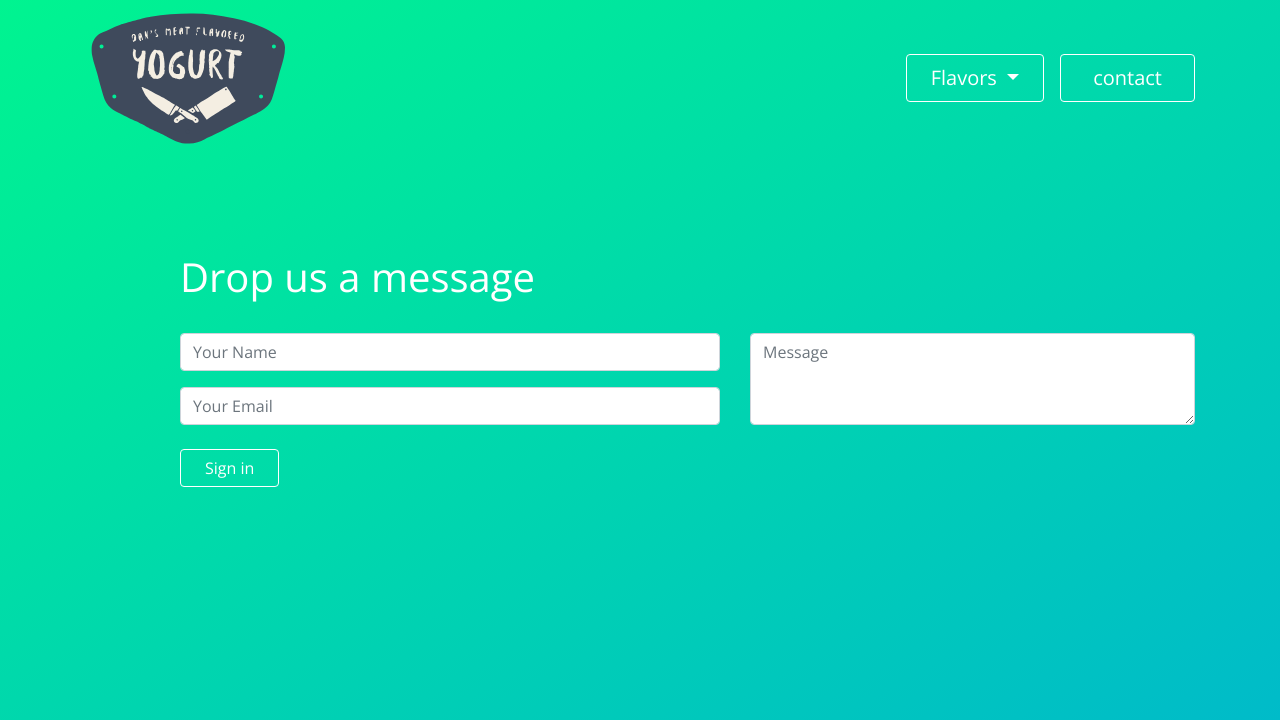
Repository: hoangnam180/Huyen
Page: Form.html
The author's editor kept a copy of each file at every save. The page is drawn from the files as they stood at one save, then again after the next save.
The browser window is 1280 px wide. The pictures show the whole page.

Above is the page before, as saved 2021-12-03 19:14:25.
Not found: space.scss

### Form.html
<!doctype html>
<html lang="en">

<head>
  <title>Title</title>
  <!-- Required meta tags -->
  <meta charset="utf-8">
  <meta name="viewport" content="width=device-width, initial-scale=1, shrink-to-fit=no">

  <!-- Bootstrap CSS -->
  <link rel="stylesheet" href="https://stackpath.bootstrapcdn.com/bootstrap/4.3.1/css/bootstrap.min.css"
    integrity="sha384-ggOyR0iXCbMQv3Xipma34MD+dH/1fQ784/j6cY/iJTQUOhcWr7x9JvoRxT2MZw1T" crossorigin="anonymous">
  <link rel="stylesheet" href="space.scss">
  <link rel="stylesheet" href="style.css">
  <link rel="preconnect" href="https://fonts.googleapis.com">
  <link rel="preconnect" href="https://fonts.gstatic.com" crossorigin>
  <link href="https://fonts.googleapis.com/css2?family=Abril+Fatface&family=Open+Sans:wght@300;400&display=swap"
    rel="stylesheet">
</head>

<body>
  <div class="container">
    <nav class="navbar navbar-expand-lg navbar-light pr-0 pl-0 ">
      <!-- logo -->
      <a class="navbar-brand " href="#"><img src="images/logo-dans-meat-yogurt.svg" width="207.49" height="130.59"
          alt="logo"></a>
      <!-- logo end -->
      <button class="navbar-toggler border border-white" type="button" data-toggle="collapse"
        data-target="#navbarNavDropdown" aria-controls="navbarNavDropdown" aria-expanded="false"
        aria-label="Toggle navigation">
        <span class="navbar-toggler-icon"></span>
      </button>
      <div class="collapse navbar-collapse" id="navbarNavDropdown">
        <!-- nav -->
        <ul class="navbar-nav ml-auto rounded ">
          <li class="nav-item dropdown border border border-white mr-2 rounded ">
            <a class="nav-link dropdown-toggle text-center text-white pr-4 pl-4" href="#" id="navbarDropdownMenuLink" role="button"
              data-toggle="dropdown" aria-expanded="false">
              Flavors
            </a>
            <div class="dropdown-menu" aria-labelledby="navbarDropdownMenuLink">
              <a class="dropdown-item" href="#">Action</a>
              <a class="dropdown-item" href="#">Another action</a>
              <a class="dropdown-item" href="#">Something else here</a>
              <a class="dropdown-item" href="#">Action</a>
            </div>
          </li>
          <li class="nav-item border border-white ml-2 px-2 rounded ">
            <a class="nav-link text-center text-white  pr-4 pl-4" href="contact.html">contact</a>
          </li>
        </ul>
      </div>
    </nav>
    <!-- end nav -->
    <div class="form">
        <div class="row ">
            <div class="col-11 offset-1 mt-5"><h1 class="text-white mt-5">Drop us a message</h1></div>
        </div>
        <div class="row mt-4">
            <div class="col-12 col-md-6 offset-1">
                <div class="row flex-column">
                    <div class="col">
                        <input type="email" class="form-control" placeholder = "Your Name">
                    </div>
                    <div class="col">
                        <input type="text" id="" class="form-control mt-3" placeholder="Your Email">
                    </div>
                </div>
            </div>
            <div class="col-12 col-md-5 ">
                <textarea style="height: 100%;" class="form-control" placeholder="Message"></textarea>
            </div>
        </div>
        <div class="row mt-4 ">
            <div class="col-6 offset-1">
                <button type="submit" class="btn bg-transparent border border-white pr-4 pl-4 text-white">Sign in</button>
            </div>
        </div>
    </div>
  </div>

  <!-- Optional JavaScript -->
  <!-- jQuery first, then Popper.js, then Bootstrap JS -->
  <script src="https://code.jquery.com/jquery-3.3.1.slim.min.js"
    integrity="sha384-q8i/X+965DzO0rT7abK41JStQIAqVgRVzpbzo5smXKp4YfRvH+8abtTE1Pi6jizo"
    crossorigin="anonymous"></script>
  <script src="https://cdnjs.cloudflare.com/ajax/libs/popper.js/1.14.7/umd/popper.min.js"
    integrity="sha384-UO2eT0CpHqdSJQ6hJty5KVphtPhzWj9WO1clHTMGa3JDZwrnQq4sF86dIHNDz0W1"
    crossorigin="anonymous"></script>
  <script src="https://stackpath.bootstrapcdn.com/bootstrap/4.3.1/js/bootstrap.min.js"
    integrity="sha384-JjSmVgyd0p3pXB1rRibZUAYoIIy6OrQ6VrjIEaFf/nJGzIxFDsf4x0xIM+B07jRM"
    crossorigin="anonymous"></script>
</body>

</html>

### style.css
body{
    background:linear-gradient(to bottom right, #00F490, #00BBC9);
    background-attachment: fixed;
    font-size: 1.25rem;
    font-family:'Open Sans', sans-serif;
}
h5.card-title{
    color: #00F490;
}
h1.display-4{
    font-size: 4.2rem;
    text-shadow: 1px 0px 1px #000000;
    font-family: 'Abril Fatface', cursive;
}
p.lead{
    font-size: 2.25rem;
}
a.btn-outline-light{
    font-size: 1.18rem;
}
.img-top{

    border-radius: 10px 0px 0px 10px;
}
.text-top{
    border-radius: 0px 10px 10px 0px ;
}
span.next{
    margin-right: 100px;
}

.form-control:placeholder{
    color: #00F490;
}
@media (min-width: 768px) {
    .bg-white-md{
        background-color: white !important;
    }
    .text-black-md{
       color: #000 !important;
    }

}

After the next save:
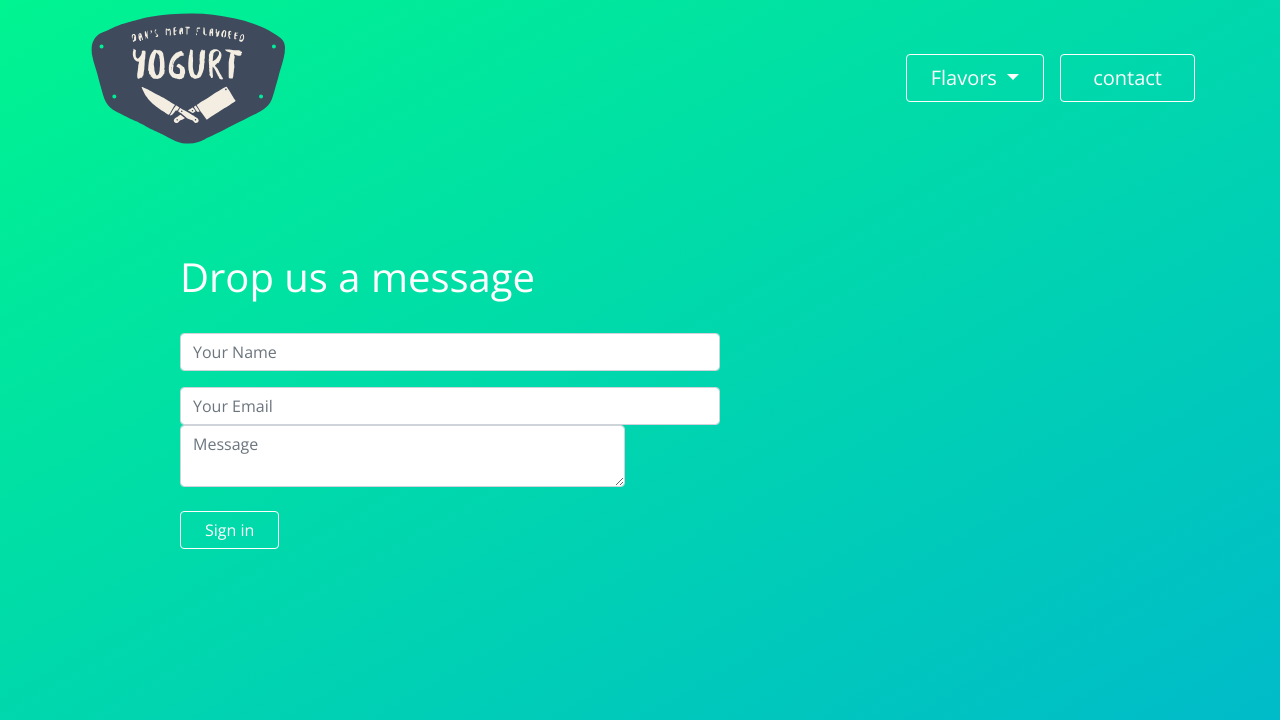
Saved 27 s later.
--- a/Form.html
+++ b/Form.html
@@ -67,7 +67,7 @@
                     </div>
                 </div>
             </div>
-            <div class="col-12 col-md-5 ">
+            <div class="col-12 offset-1 col-md-5 ">
                 <textarea style="height: 100%;" class="form-control" placeholder="Message"></textarea>
             </div>
         </div>

After the save that followed:
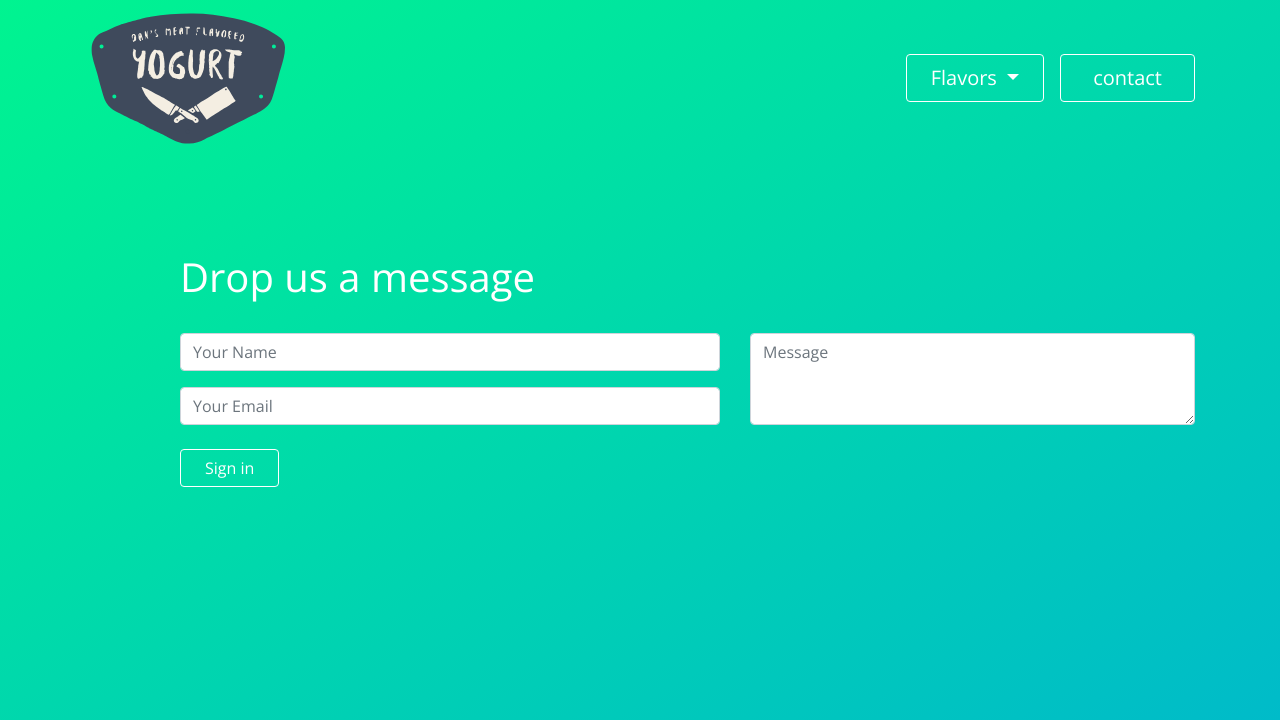
Saved 7 s later.
--- a/Form.html
+++ b/Form.html
@@ -67,7 +67,7 @@
                     </div>
                 </div>
             </div>
-            <div class="col-12 offset-1 col-md-5 ">
+            <div class="col-12 offset-1 offset-md-0 col-md-5 ">
                 <textarea style="height: 100%;" class="form-control" placeholder="Message"></textarea>
             </div>
         </div>
